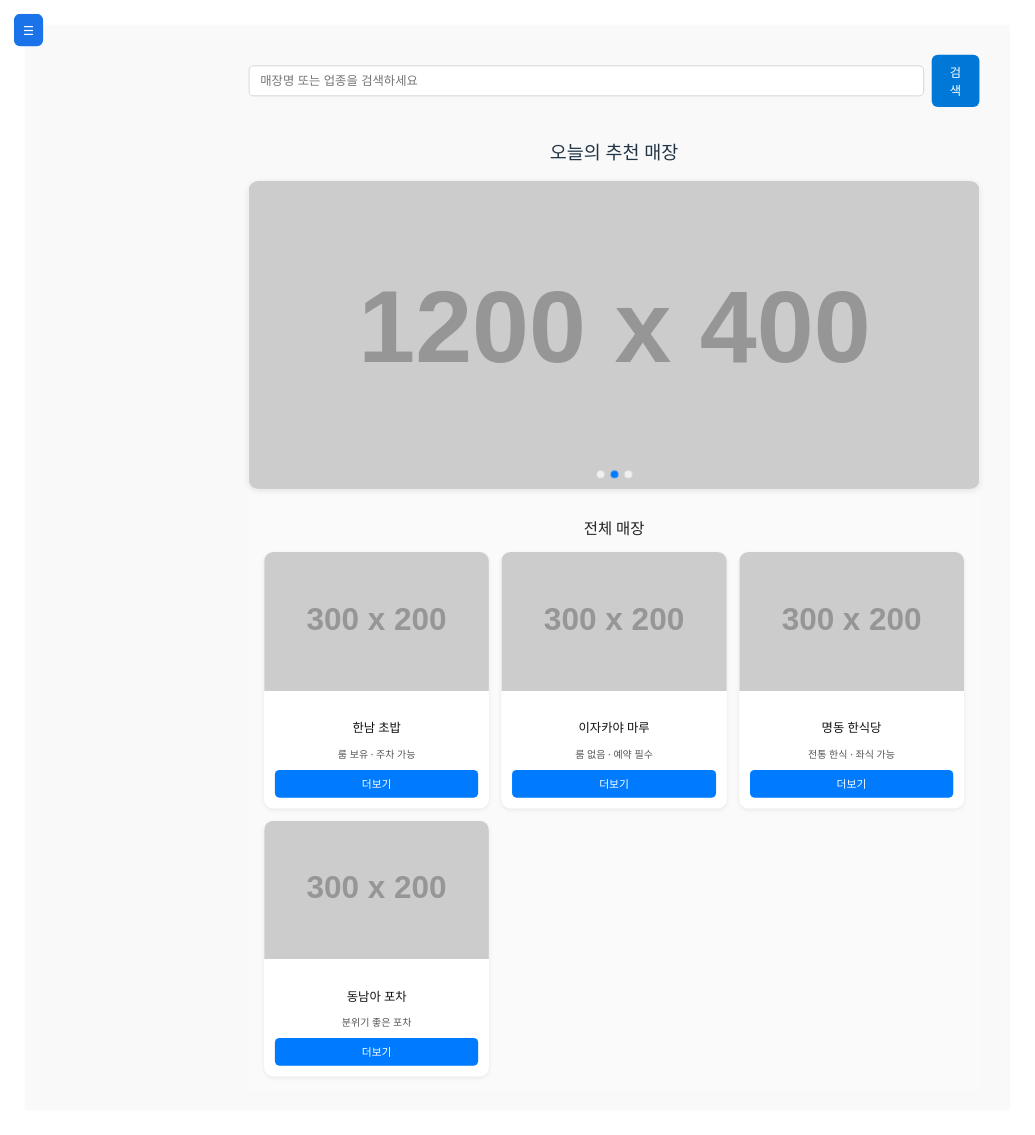
Repository: noiredex/Choplan-API
Page: / (app in choplan/frontend_main/)
These files come from the project's save history. The page is drawn as it stood at one moment and after the next save; the edit follows.
The browser window is 1280 px wide. The page is 1344 px wide, so the pictures cover 1344 px, including what lies to the right of the window. The pictures show the whole page, at 77% of full size.
The project was rebuilt for these pictures with package versions that can differ from the ones it lists, and the page was loaded fresh each time. Also part of the build but not shown: choplan/frontend_main/vite.config.js, choplan/frontend_main/vite.config.ts, choplan/frontend_main/src/styles/StoreDetailPage.css, choplan/frontend_main/src/pages/StoreDetailPage.jsx.

Above is the page before, as saved 2025-10-22 14:26:50.

After the next save:
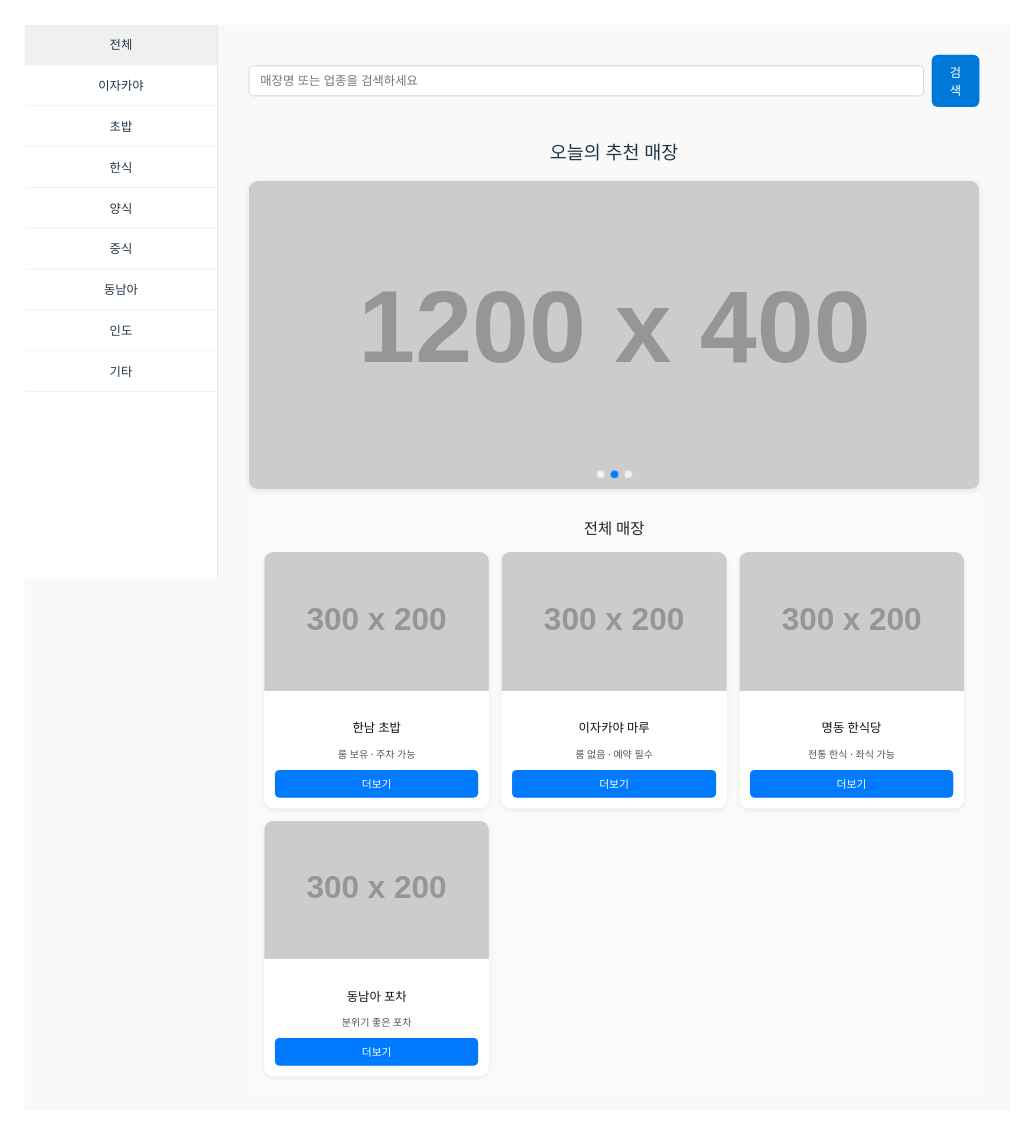
Saved 20 h 41 min later.
--- a/choplan/frontend_main/src/styles/Sidebar.css
+++ b/choplan/frontend_main/src/styles/Sidebar.css
@@ -1,130 +1,65 @@
-/* ===== 기본 구조 ===== */
+/* ===== 기본 설정 ===== */
 .sidebar {
   position: fixed;
   top: 0;
   left: 0;
-  width: 240px;
+  width: 220px;
   height: 100vh;
-  background: #ffffff;
+  background: #fff;
   border-right: 1px solid #ddd;
-  overflow-y: auto;
-  transform: translateX(0);
+  transform: translateX(-100%);
   transition: transform 0.3s ease-in-out;
-  z-index: 1000;
+  z-index: 2000;
+  box-shadow: 2px 0 8px rgba(0, 0, 0, 0.05);
 }
 
-/* 닫힌 상태 (모바일) */
-.sidebar.closed {
-  transform: translateX(-100%);
+/* 사이드바 열릴 때 - 이제는 main-content를 밀지 않고 '위에 겹침' */
+.sidebar.open {
+  transform: translateX(0);
 }
 
-/* 햄버거 버튼 */
+/* ===== 햄버거 버튼 ===== */
 .sidebar-toggle {
   position: fixed;
-  top: 18px;
-  left: 18px;
+  top: 20px;
+  left: 20px;
   background: #1a73e8;
-  color: white;
+  color: #fff;
   border: none;
-  padding: 10px 12px;
   border-radius: 8px;
+  width: 44px;
+  height: 44px;
+  font-size: 20px;
   cursor: pointer;
-  z-index: 1100;
-  display: flex;
-  align-items: center;
-  justify-content: center;
-  transition: all 0.2s ease-in-out;
+  z-index: 2100;
+  box-shadow: 0 2px 5px rgba(0, 0, 0, 0.15);
 }
 
-.sidebar-toggle:hover {
-  background: #155ac5;
-}
+/* ===== 반응형 ===== */
+@media (min-width: 1025px) {
+  .sidebar {
+    transform: none;
+    position: static;
+    height: auto;
+    width: 220px;
+    box-shadow: none;
+  }
 
-/* 카테고리 목록 */
-.sidebar-list {
-  list-style: none;
-  padding: 0;
-  margin: 70px 0 0 0;
-}
-
-.sidebar-list li {
-  padding: 14px 18px;
-  cursor: pointer;
-  border-bottom: 1px solid #f5f5f5;
-  transition: all 0.2s;
-}
-
-.sidebar-list li:hover {
-  background-color: #f7f7f7;
-}
-
-.sidebar-list li.active {
-  background-color: #1a73e8;
-  color: white;
-  font-weight: 600;
-  border-bottom: 1px solid #1a73e8;
-}
-
-/* “전체” 상단 고정 */
-.sidebar-list li:first-child {
-  position: sticky;
-  top: 0;
-  background: #ffffff;
-  z-index: 3;
-  font-weight: bold;
-  border-bottom: 1px solid #eee;
-}
-
-/* 스크롤바 */
-.sidebar-list::-webkit-scrollbar {
-  width: 6px;
-}
-.sidebar-list::-webkit-scrollbar-thumb {
-  background: #ccc;
-  border-radius: 3px;
-}
-.sidebar-list::-webkit-scrollbar-thumb:hover {
-  background: #999;
-}
-
-/* 메인 콘텐츠 보정 */
-.main-content {
-  margin-left: 240px;
-  transition: margin-left 0.3s ease-in-out;
-  padding: 24px;
-}
-.sidebar.closed + .main-content {
-  margin-left: 0;
-}
-
-/* 태블릿 (1024px 이하) */
-@media (max-width: 1024px) {
-  .sidebar {
-    width: 220px;
-  }
-  .main-content {
-    margin-left: 0;
-  }
-  .sidebar.closed {
-    transform: translateX(-100%);
-  }
   .sidebar-toggle {
-    display: block;
+    display: none;
   }
 }
 
-/* 모바일 (600px 이하) */
-@media (max-width: 600px) {
-  .sidebar {
-    width: 200px;
-  }
-  .sidebar-list li {
-    font-size: 14px;
-    padding: 12px 14px;
-  }
-  .sidebar-toggle {
-    top: 12px;
-    left: 12px;
-    padding: 8px 10px;
-  }
+/* ===== 메인 콘텐츠 고정 폭 ===== */
+.main-content {
+  transition: all 0.3s ease;
+  width: 100%;
 }
+
+/* 사이드바가 열려도 main-content는 width 변화 없음 */
+.home-container {
+  display: flex;
+  flex-direction: row;
+  justify-content: center;
+  align-items: flex-start;
+}

After the save that followed:
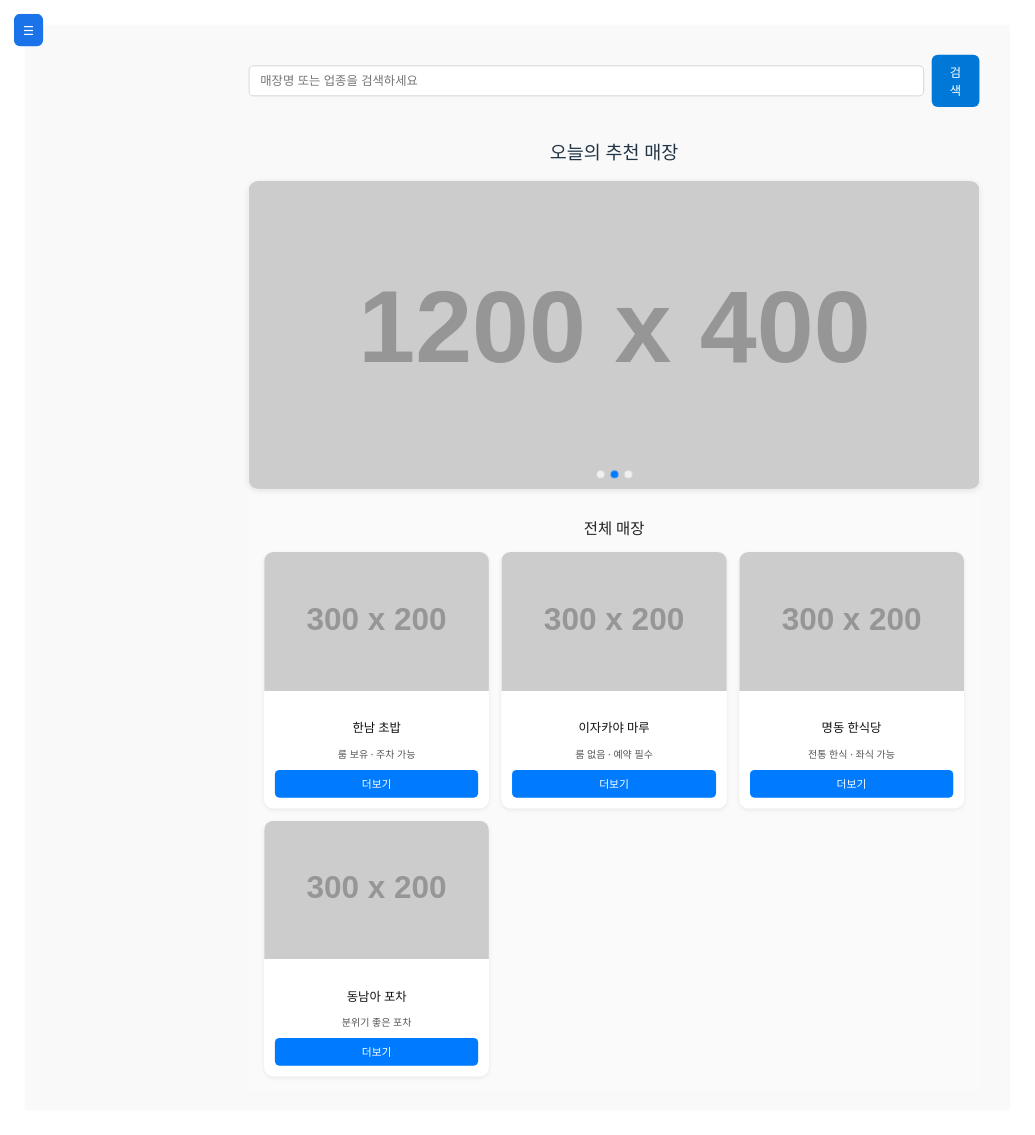
Saved 27 s later.
--- a/choplan/frontend_main/src/styles/Sidebar.css
+++ b/choplan/frontend_main/src/styles/Sidebar.css
@@ -1,65 +1,138 @@
-/* ===== 기본 설정 ===== */
+/* ===== 기본 구조 ===== */
 .sidebar {
   position: fixed;
   top: 0;
   left: 0;
-  width: 220px;
+  width: 240px;
   height: 100vh;
-  background: #fff;
+  background: #ffffff;
   border-right: 1px solid #ddd;
-  transform: translateX(-100%);
+  overflow-y: auto;
+  transform: translateX(0);
   transition: transform 0.3s ease-in-out;
-  z-index: 2000;
-  box-shadow: 2px 0 8px rgba(0, 0, 0, 0.05);
+  z-index: 1000;
 }
 
-/* 사이드바 열릴 때 - 이제는 main-content를 밀지 않고 '위에 겹침' */
-.sidebar.open {
-  transform: translateX(0);
+/* ===== 닫힌 상태 (모바일에서만 적용됨) ===== */
+.sidebar.closed {
+  transform: translateX(-100%);
 }
 
 /* ===== 햄버거 버튼 ===== */
 .sidebar-toggle {
   position: fixed;
-  top: 20px;
-  left: 20px;
+  top: 18px;
+  left: 18px;
   background: #1a73e8;
-  color: #fff;
+  color: white;
   border: none;
+  padding: 10px 12px;
   border-radius: 8px;
-  width: 44px;
-  height: 44px;
-  font-size: 20px;
   cursor: pointer;
-  z-index: 2100;
-  box-shadow: 0 2px 5px rgba(0, 0, 0, 0.15);
+  z-index: 1100;
+  display: flex;
+  align-items: center;
+  justify-content: center;
+  transition: all 0.2s ease-in-out;
 }
 
-/* ===== 반응형 ===== */
-@media (min-width: 1025px) {
+.sidebar-toggle:hover {
+  background: #155ac5;
+}
+
+/* ===== 사이드바 목록 ===== */
+.sidebar-list {
+  list-style: none;
+  padding: 0;
+  margin: 70px 0 0 0; /* 버튼 영역 확보 */
+}
+
+.sidebar-list li {
+  padding: 14px 18px;
+  cursor: pointer;
+  border-bottom: 1px solid #f5f5f5;
+  transition: all 0.2s;
+}
+
+.sidebar-list li:hover {
+  background-color: #f7f7f7;
+}
+
+.sidebar-list li.active {
+  background-color: #1a73e8;
+  color: white;
+  font-weight: 600;
+  border-bottom: 1px solid #1a73e8;
+}
+
+/* “전체” 항목 상단 고정 */
+.sidebar-list li:first-child {
+  position: sticky;
+  top: 0;
+  background: #ffffff;
+  z-index: 3;
+  font-weight: bold;
+  border-bottom: 1px solid #eee;
+}
+
+/* ===== 스크롤바 스타일 ===== */
+.sidebar-list::-webkit-scrollbar {
+  width: 6px;
+}
+
+.sidebar-list::-webkit-scrollbar-thumb {
+  background: #ccc;
+  border-radius: 3px;
+}
+
+.sidebar-list::-webkit-scrollbar-thumb:hover {
+  background: #999;
+}
+
+/* ===== 메인 콘텐츠 공간 보정 ===== */
+.main-content {
+  margin-left: 240px;
+  transition: margin-left 0.3s ease-in-out;
+  padding: 24px;
+}
+
+.sidebar.closed + .main-content {
+  margin-left: 0;
+}
+
+/* ===== 태블릿 이하 (1024px 이하) ===== */
+@media (max-width: 1024px) {
   .sidebar {
-    transform: none;
-    position: static;
-    height: auto;
     width: 220px;
-    box-shadow: none;
+  }
+
+  .main-content {
+    margin-left: 0;
+  }
+
+  .sidebar.closed {
+    transform: translateX(-100%);
   }
 
   .sidebar-toggle {
-    display: none;
+    display: block;
   }
 }
 
-/* ===== 메인 콘텐츠 고정 폭 ===== */
-.main-content {
-  transition: all 0.3s ease;
-  width: 100%;
+/* ===== 모바일 (600px 이하) ===== */
+@media (max-width: 600px) {
+  .sidebar {
+    width: 200px;
+  }
+
+  .sidebar-list li {
+    font-size: 14px;
+    padding: 12px 14px;
+  }
+
+  .sidebar-toggle {
+    top: 12px;
+    left: 12px;
+    padding: 8px 10px;
+  }
 }
-
-/* 사이드바가 열려도 main-content는 width 변화 없음 */
-.home-container {
-  display: flex;
-  flex-direction: row;
-  justify-content: center;
-  align-items: flex-start;
-}
